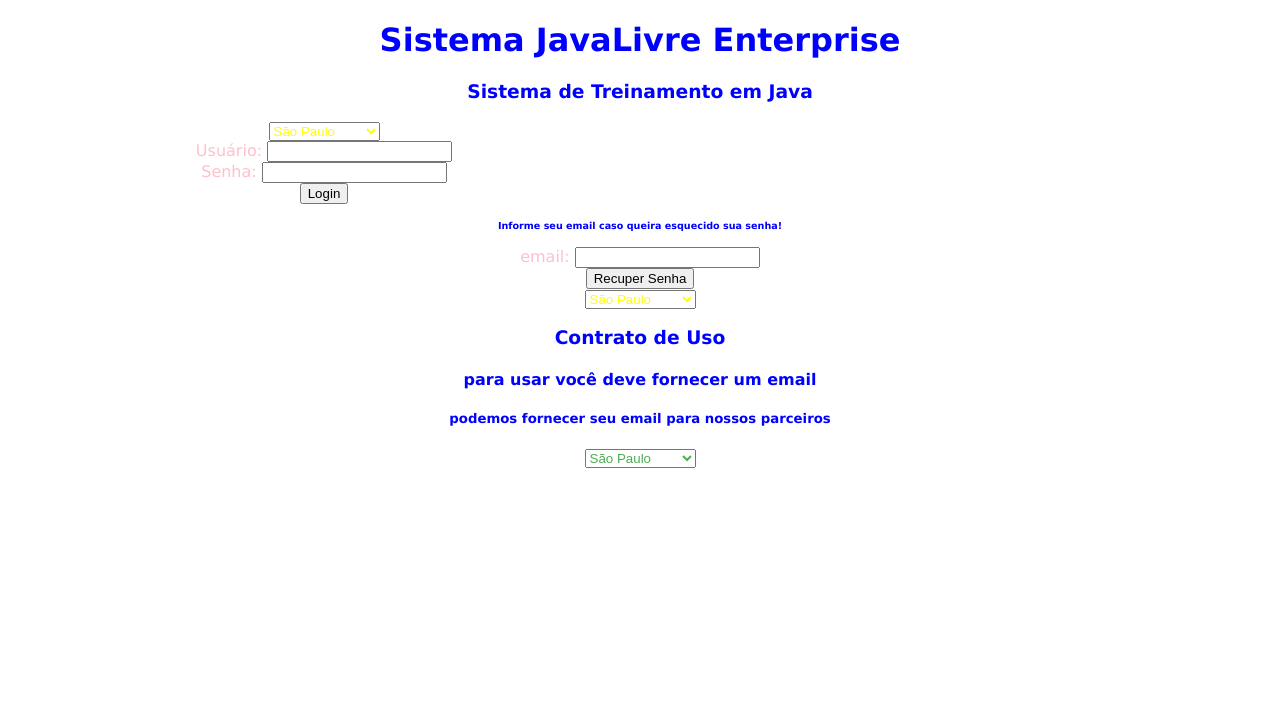
Repository: marciojv/treina-java
Page: workspace/JavaLivre/src/html/login.html
The author's editor kept a copy of each file at every save. The page is drawn from the files as they stood at one save, then again after the next save.
The browser window is 1280 px wide. The pictures show the whole page.

Above is the page before, as saved 2017-06-10 17:37:46.

### workspace/JavaLivre/src/html/login.html
<!DOCTYPE html>
<html>
<head>

<link rel="stylesheet" type="text/css" href="css/javalivre.css">

<style type="text/css">


/*

#form1 select {
    color: yellow;
}


form select {
    color: yellow;
}


# os dois elementos recebem os atributos
form select {
    color: yellow;
}

# muda os elementos select que estao dentro de qualquer form
form > select {
    color: yellow;
}



:focus {
    color: pink;
}


*/


div {
   color: blue;
   text-align: center;
}

h1 {
  text-align: center;
}

#h5recupera {
  font-size: 60%;
}

.contrato {
    text-align: center;
    color: blue;
}

</style>


<meta charset="UTF-8">
<title>Login</title>
</head>
<body>
<div>

<h1>Sistema JavaLivre Enterprise</h1>
<h3>Sistema de Treinamento em Java</h3>

<div id="divlogin" style="color:green" >
<form id="form1" action="login.html">
<select name="estado" >
  <option value="PR">Paraná</option>
  <option value="SC">Santa Catarina</option>
  <option selected value="SP">São Paulo</option>
</select></br>

Usuário: <input type="text" name="login"><br>
Senha:   <input type="text" name="senha"><br>
         <input type="submit" value="Login"><br>
</form>
</div>

<div id="divrecupera">
<h5 id="h5recupera" >Informe seu email caso queira esquecido sua senha!</h5>
<form action="login.html">
email: <input type="email" name="email"><br>
       <input type="submit" value="Recuper Senha"><br>

<select name="estadorecupera" >
  <option value="PR">Paraná</option>
  <option value="SC">Santa Catarina</option>
  <option selected value="SP">São Paulo</option>
</select>

</form>
</div>

<h3 class="contrato" >Contrato de Uso</h3>
<h4 class="contrato" >para usar você deve fornecer um email</h4>
<h5 class="contrato" >podemos fornecer seu email para nossos parceiros</h5>

<select name="estadocontrato" >
  <option value="PR">Paraná</option>
  <option value="SC">Santa Catarina</option>
  <option selected value="SP">São Paulo</option>
</select>

<div>
</body>




</html>

### workspace/JavaLivre/src/html/css/javalivre.css
@CHARSET "UTF-8";

body {
  color: red;
  font-family: verdana;
}


form,select,body {
    color: pink;
}

div form select {
	color: yellow;
}

#divlogin {

	width:50%;
	height: 50%;

}

:focus {
	color: blue;
}

/*
select:enabled {
	color: yellow;
	font-size: 100%;
}
*/

select {
	color: #4CAF50;
}

/*
select {
    color: pink;
}
*/


/* Adiciona o Css a todos elementos */
/*
* {
	color: pink;
}
*/

After the next save:
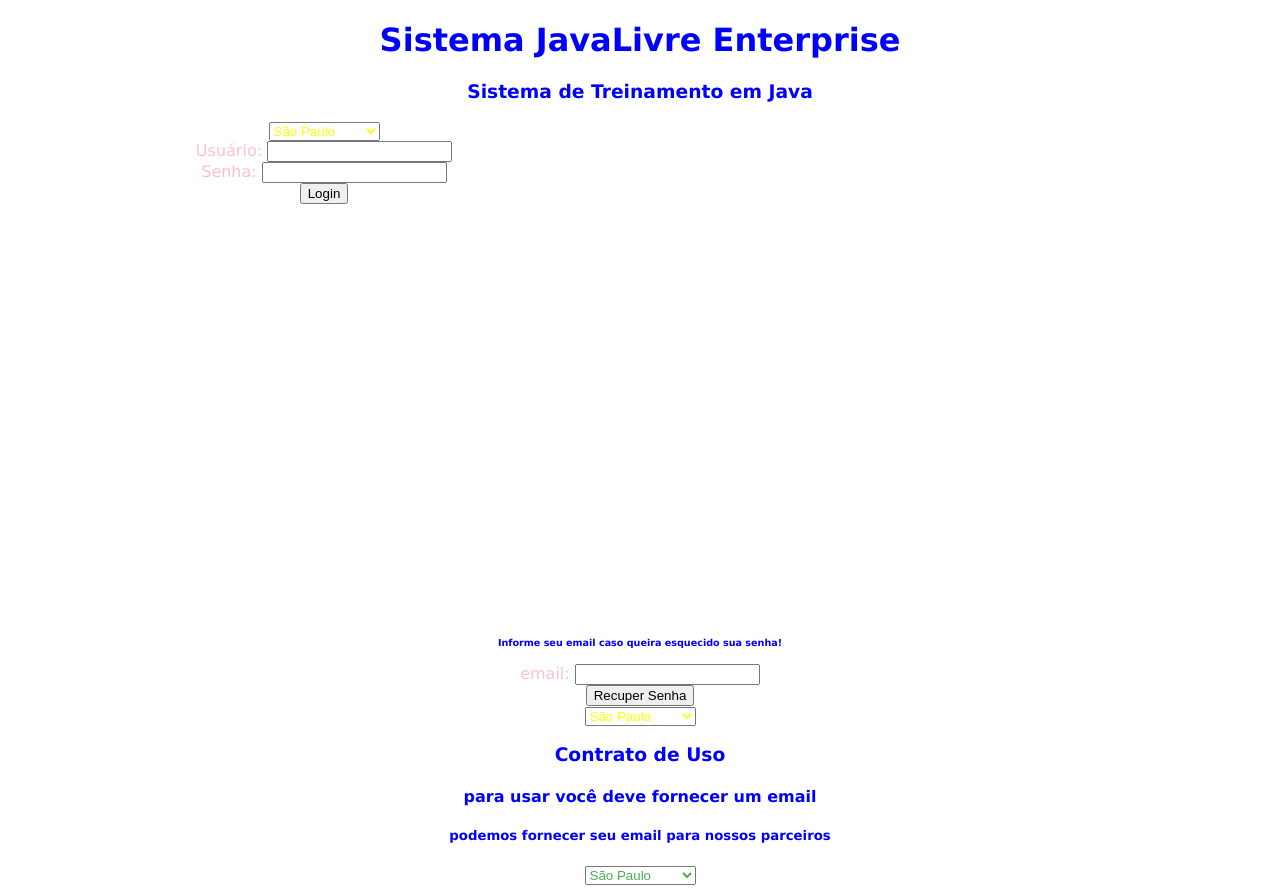
Saved 25 s later.
--- a/workspace/JavaLivre/src/html/css/javalivre.css
+++ b/workspace/JavaLivre/src/html/css/javalivre.css
@@ -15,10 +15,8 @@
 }
 
 #divlogin {
-
 	width:50%;
-	height: 50%;
-
+	height: 500px;
 }
 
 :focus {

After the save that followed:
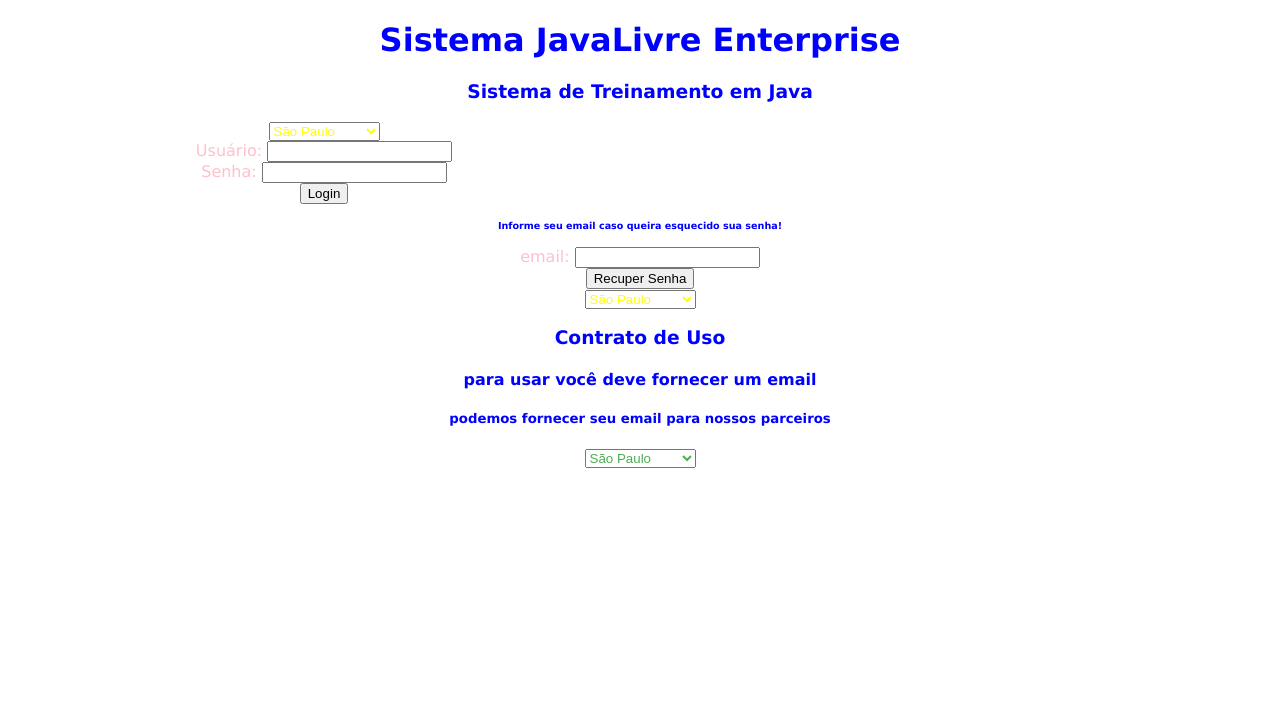
Saved 32 s later.
--- a/workspace/JavaLivre/src/html/css/javalivre.css
+++ b/workspace/JavaLivre/src/html/css/javalivre.css
@@ -16,7 +16,7 @@
 
 #divlogin {
 	width:50%;
-	height: 500px;
+	/*height: 500px;*/
 }
 
 :focus {
